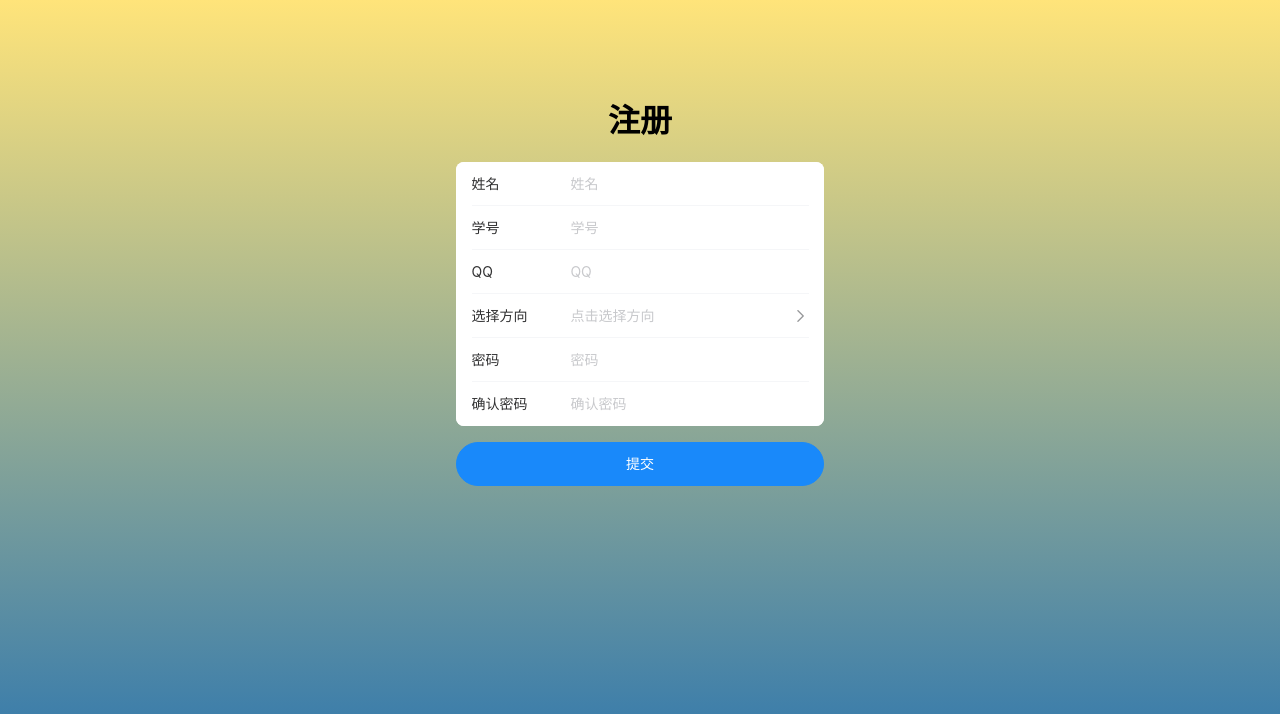
Repository: Qwenicq/new_sys
Page: /register (app in new-syws/)
These files come from the project's save history. The page is drawn as it stood at one moment and after the next save; the edit follows.
The browser window is 1280 px wide. The pictures show the whole page.
The project was rebuilt for these pictures with package versions that can differ from the ones it lists, and the page was loaded fresh each time. Also part of the build but not shown: new-syws/vite.config.js, new-syws/src/components/user.vue.

Above is the page before, as saved 2024-01-27 13:27:43.

After the next save:
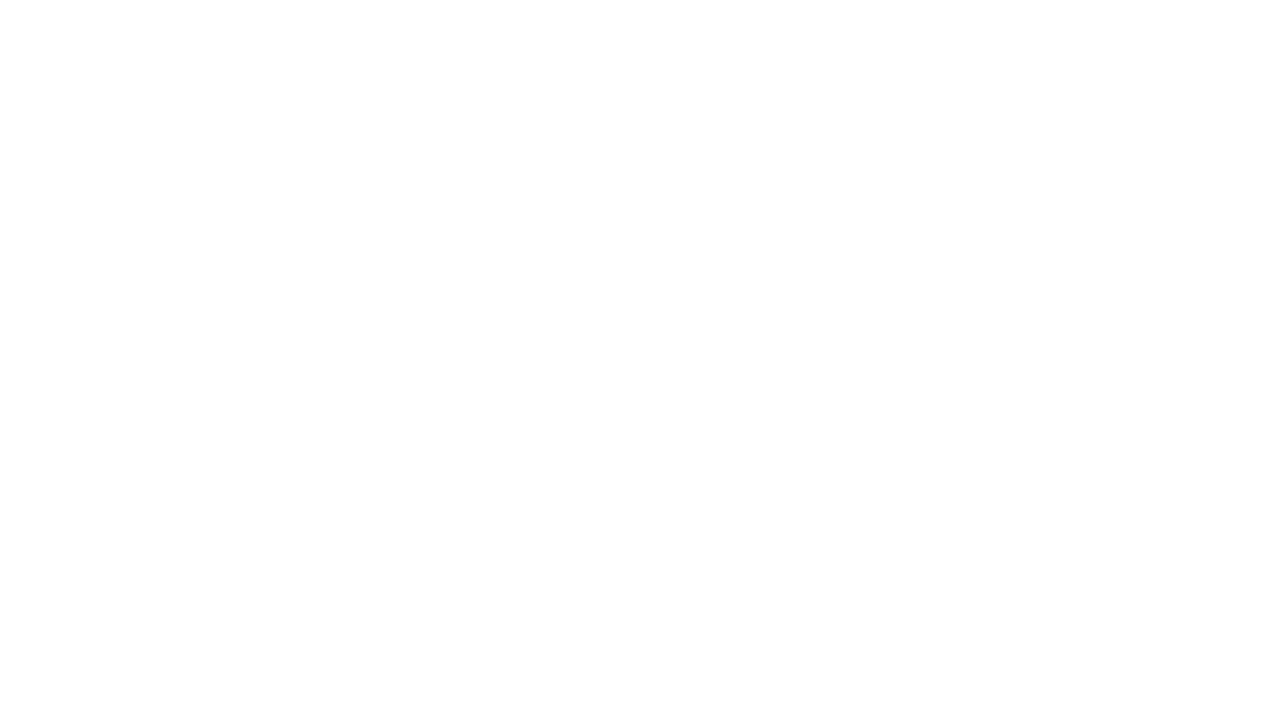
Console error: ReferenceError: Do is not defined
Saved 8 s later.
--- a/new-syws/src/views/register/RegisterPage.vue
+++ b/new-syws/src/views/register/RegisterPage.vue
@@ -21,7 +21,8 @@
   Password: '',
   Repassword: '',
   Identity: '',
-  QQ: ''
+    QQ: '',
+  Do
 })
 </script>
 

After the save that followed:
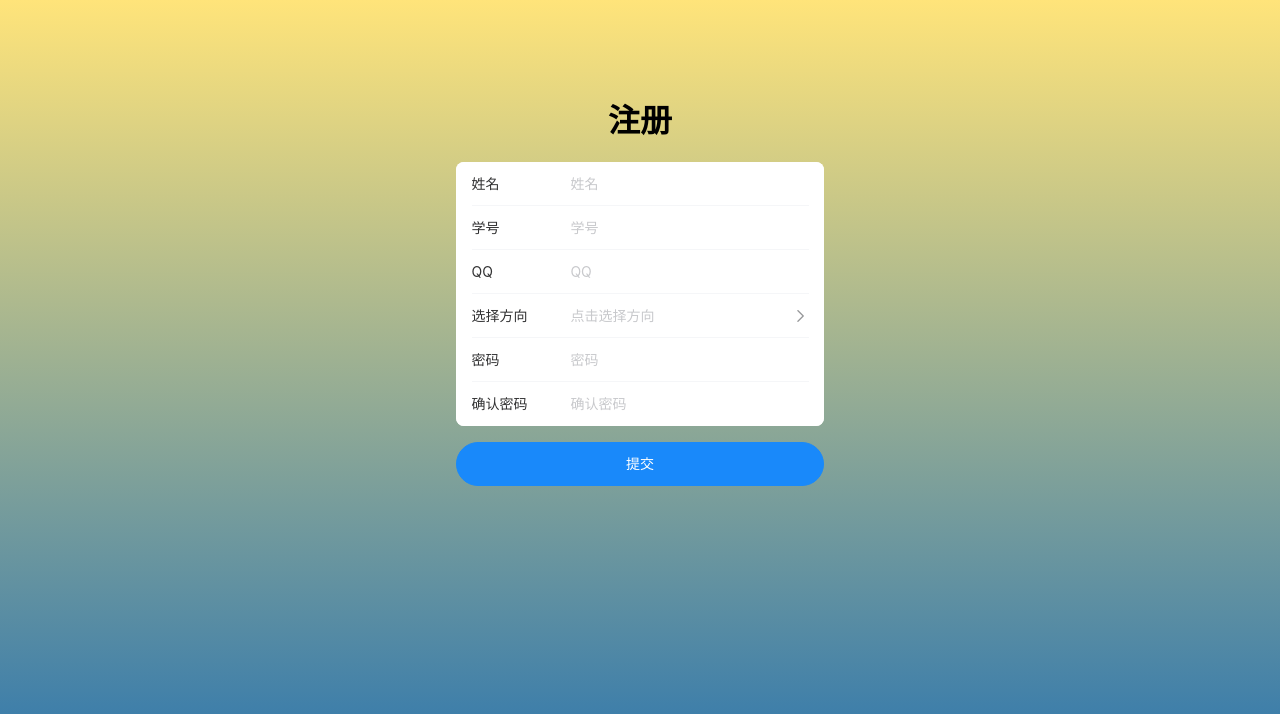
The error is gone.
Saved 9 s later.
--- a/new-syws/src/views/register/RegisterPage.vue
+++ b/new-syws/src/views/register/RegisterPage.vue
@@ -22,7 +22,8 @@
   Repassword: '',
   Identity: '',
     QQ: '',
-  Do
+    Direction: '',
+
 })
 </script>
 
